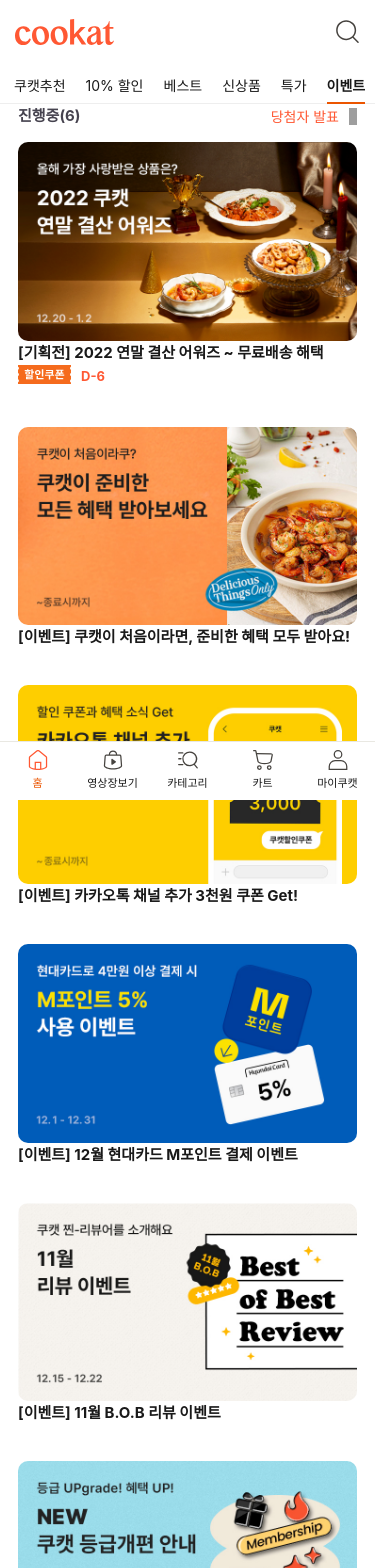
Repository: CooKat/Cookat
Page: event.html
These files come from the project's save history. The page is drawn as it stood at one moment and after the next save; the edit follows.
The browser window is 375 px wide. The pictures show the part of the page from y = 0 to 1568 px (the page is 2565 px tall before and 2949 px after).
Pictures or frames that could not be fetched are drawn as grey boxes. A picture or video elsewhere on the page could not be fetched, so the positions and the page height are approximate. Some web fonts or font styles are not loaded; a fallback is used.

Above is the page before, as saved 2022-12-29 17:23:27.
Not found: css/responsive.css
Not found: js/ex1.js

### event.html
<!DOCTYPE html>
<html lang="ko-KR">
  <head>
    <meta charset="UTF-8" />
    <meta http-equiv="X-UA-Compatible" content="IE=edge" />
    <meta name="viewport" content="width=device-width, initial-scale=1.0" />
    <link rel="shortcut icon" type="image/x-icon" href="./images/1.png" />
    <link
      rel="stylesheet"
      as="style"
      crossorigin
      href="https://cdn.jsdelivr.net/gh/orioncactus/pretendard@v1.3.6/dist/web/static/pretendard.css"
    />
    <link
      href="https://cdn.jsdelivr.net/npm/remixicon@2.5.0/fonts/remixicon.css"
      rel="stylesheet"
    />
    <link
      rel="stylesheet"
      href="https://cdn.jsdelivr.net/npm/swiper/swiper-bundle.min.css"
    />
    <link rel="stylesheet" href="./css/main.css" />
    <link rel="stylesheet" href="./css/event.css" />
    <title>쿠캣</title>
  </head>
  <body>
    <div class="container">
      <!-- 상단 메뉴바 -->
      <header class="header">
        <a href="/" class="logo"
          ><img src="./images/logo-main.svg" alt="쿠캣마켓"
        /></a>
        <div class="menu swiper">
          <ul class="swiper-wrapper" role="menubar" aria-hidden="false">
            <li role="none" class="swiper-slide">
              <a role="menuitem" href="/">쿠캣추천</a>
            </li>
            <li class="swiper-slide" role="none">
              <a role="menuitem" href="/">10% 할인</a>
            </li>
            <li class="swiper-slide" role="none">
              <a role="menuitem" href="./best.html">베스트</a>
            </li>
            <li class="swiper-slide" role="none">
              <a role="menuitem" href="/">신상품</a>
            </li>
            <li class="swiper-slide" role="none">
              <a role="menuitem" href="./specialPrice.html">특가</a>
            </li>
            <li class="swiper-slide active" role="none">
              <a role="menuitem" href="/">이벤트</a>
            </li>
          </ul>
        </div>
        <button type="button" class="search">
          <img src="./images/ic-24-finder.svg" alt="검색 아이콘" />
        </button>
      </header>

      <main class="main">
        <section class="event">
          <!-- 진행중(6) 당첨자 발표 -->
          <div class="event-ing">
            <h2 class="event-ing-title">진행중(6)</h2>
            <a href="/"><p>당첨자 발표</p></a>
          </div>

          <!-- 행사 아이템들 -->
          <div class="item-list">
            <a href="/event.html">
              <div class="item-list-item">
                <img src="./images/event1.jpg" />
                <h2 class="item-list-title title-first">
                  [기획전] 2022 연말 결산 어워즈 ~ 무료배송 해택
                </h2>
                <div class="coupon-day">
                  <i class="icon-coupon"></i>
                  <span class="coupon-date">D-6</span>
                </div>
              </div>
            </a>
          </div>

          <div class="item-list">
            <a href="/event.html">
              <div class="item-list-item">
                <img src="./images/event2.jpg" />
                <h2 class="item-list-title">
                  [이벤트] 쿠캣이 처음이라면, 준비한 혜택 모두 받아요!
                </h2>
              </div>
            </a>
          </div>

          <div class="item-list">
            <a href="/event.html">
              <div class="item-list-item">
                <img src="./images/event3.jpg" />
                <h2 class="item-list-title">
                  [이벤트] 카카오톡 채널 추가 3천원 쿠폰 Get!
                </h2>
              </div>
            </a>
          </div>

          <div class="item-list">
            <a href="/event.html">
              <div class="item-list-item">
                <img src="./images/event4.jpg" />
                <h2 class="item-list-title">
                  [이벤트] 12월 현대카드 M포인트 결제 이벤트
                </h2>
              </div>
            </a>
          </div>

          <div class="item-list">
            <a href="/event.html">
              <div class="item-list-item">
                <img src="./images/event5.jpg" />
                <h2 class="item-list-title">[이벤트] 11월 B.O.B 리뷰 이벤트</h2>
              </div>
            </a>
          </div>

          <div class="item-list">
            <a href="/event.html">
              <div class="item-list-item">
                <img src="./images/event6.jpg" />
                <h2 class="item-list-title">
                  [공지사항] NEW 쿠캣 등급 개편 안내
                </h2>
              </div>
            </a>
          </div>
        </section>
      </main>

      <!-- footer -->
      <footer class="footer">
        <div class="center-info-container">
          <h2 class="center-info">쿠캣 고객센터</h2>
          <span class="time-info"
            >평일 <time>10:00</time> ~ <time>18:00</time> (점심시간
            <time>13:00</time> ~ <time>14:00</time>)</span
          >

          <a href="tel:1668-3525" class="center-contact"> 고객센터</a>
        </div>
        <div class="business-info-container">
          <div class="business-info-title-container">
            <h2 class="business-info">(주) 쿠캣 사업자 정보</h2>
            <button class="business-info-toggle-btn">
              <img
                alt="addit-toggle-img"
                src="	https://crcf.cookatmarket.com/assets/mobile/img/using_guide/ic-16-close-bold.svg"
              />
            </button>
          </div>

          <ul class="business-info-list">
            <li class="business-info-item">
              <label for="representative">대표자</label
              ><span id="representative">이문주</span>
            </li>
            <li class="business-info-item">
              <label for="address">주소</label>
              <address id="address">
                서울특별시 강남구 영동대로112길 36, 3층, 지하 1층 (삼성동,
                오티씨타워)
              </address>
            </li>
            <li class="business-info-item">
              <label
                for="
              business-number"
                >사업자등록번호</label
              ><span id=" business-number">
                110-86-12995
                <a class="business-info-check" href="/"
                  >사업자정보 확인</a
                ></span
              >
            </li>
            <li class="business-info-item">
              <label for="mail-order-number">통신판매업 신고번호</label
              ><span
                id="
              mail-order-number"
                >2018-서울강남-01681</span
              >
            </li>
            <li class="business-info-item">
              <div class="center-info-flexcontent-container">
                <label
                  for="
              service-center"
                  >고객센터</label
                >
                <div class="center-info-content-container">
                  <a
                    id="service-center"
                    href="tel:1668-3525
              "
                    >1668-3525
                  </a>
                  <span id="service-center"
                    >평일 <time>10:00</time> ~ <time>18:00</time> (점심시간
                    <time>13:00</time> ~ <time>14:00</time>) 주말
                    <time>10:00</time> ~ <time>13:00</time></span
                  >
                </div>
              </div>
            </li>
            <li class="business-info-item">
              <label for="marketing-email">마케팅 제휴문의</label
              ><span id="marketing-email">marketing@cookat.co</span>
            </li>
            <li class="business-info-item">
              <label
                for="
              goods-email"
                >상품 제휴문의</label
              ><span id=" goods-email">
                <span>product@cookat.co<br /></span
              ></span>
            </li>
            <li class="business-info-item">
              <label for="person-in-charge">개인정보보호 책임자</label
              ><span id="person-in-charge"> 주지석 (jiseok.joo@cookat.co)</span>
            </li>
          </ul>

          <small class="copyright">
            Copyright © 쿠캣. All rights reserved.</small
          >
          <ul class="more-details-list">
            <li><a class="more-details" href="/">이용약관</a></li>
            <li>
              <a class="more-details" id="qkdcla" href="/">개인정보 처리방침</a>
            </li>
            <li><a class="more-details" href="/">공지사항</a></li>
          </ul>
        </div>

        <div class="additional-container">
          <a href="/">로그인</a>
          <a id="app-down" href="/"> APP다운</a>
        </div>
      </footer>

      <!-- 하단바 -->
      <nav class="fix-footer-menu">
        <ul>
          <li class="my-home on"><a href="/">홈</a></li>
          <li class="my-video"><a href="/">영상장보기</a></li>
          <li class="my-menu"><a href="/">카테고리</a></li>
          <li class="my-cart"><a href="/">카트</a></li>
          <li class="my-cookat"><a href="/">마이쿠캣</a></li>
        </ul>
      </nav>
    </div>

    <!-- Swiper JS -->
    <script src="https://cdn.jsdelivr.net/npm/swiper/swiper-bundle.min.js"></script>
    <!-- Initialize Swiper -->
    <script src="./js/ex1.js"></script>
    <script>
      var menu = new Swiper('.menu.swiper', {
        slidesPerView: 'auto',
        freeMode: true,
      });
    </script>
  </body>
</html>

### css/event.css
main {
  padding: 0 18px;
}

.event-ing {
  display: flex;
  flex-flow: row nowrap;
  justify-content: space-between;
  align-items: center;
  margin-top: var(--spacing-xxl);
  margin-bottom: var(--spacing-md);
}

.event-ing-title {
  font-size: var(--text-xl);
  line-height: var(--text-xxl);
  color: var(--color-black);
  font-weight: 700;
}

.event-ing p {
  color: #ff5833;
  font-size: var(--text-sm);
}
.event-ing p::after {
  content: '';
  color: #ff5833;
  margin-left: var(--spacing-xxs);
  padding-left: var(--spacing-md);
  background: url('https://crcf.cookatmarket.com/assets/mobile/img/using_guide/ic-16-next-orange-fit.svg')
    no-repeat 6px;
}

.item-list {
}

.item-list-item {
}

.item-list-item img {
  border-radius: 10px;
}

.item-list-title {
  font-size: var(--text-lg);
  line-height: var(--text-xxl);
  font-weight: 700;
  margin-bottom: var(--spacing-xxxl);
}

.title-first {
  margin-bottom: 0;
}

.item-list-title h2:first-child {
  margin-bottom: 0;
}

.coupon-day {
  margin-top: var(--spacing-xxs);
  display: flex;
  flex-flow: row nowrap;
  margin-bottom: var(--spacing-xxxl);
}

.icon-coupon {
  width: 53px;
  height: 19px;
  background: url(../images/ic-event-sale-coupon-orange.svg) no-repeat center;
  display: inline-block;
  text-align: center;
}

.coupon-date {
  color: #ff5833;
  line-height: var(--text-xl);
  font-size: var(--text-xs);
  align-items: center;
  font-weight: 700;
  padding-left: var(--spacing-sm);
}

@media (max-width: 500px) {
  .event-ing-title {
    font-size: 4vw;
    line-height: 3vh;
  }

  .item-list-title {
    font-size: 4vw;
    line-height: 2vh;
  }
}

### css/theme.css
:root {
  /* 수식 단축키 art+shift+M */
  --color-white: #ffffff;
  --color-blank: #f9f9f9;
  --color-cement: #9d9995;
  --color-placeholder: #bbb8b5;
  --color-deep-orange: #eb5500;
  --color-border: #e9e8e2;
  --color-success: #579bdb;
  --color-black: #46434f;
  --color-gray: #9d999d;
  --color-greyish-brown: #5b5752;

  --spacing-sxxs: 0.125rem; /* 2px */
  --spacing-xxs: 0.25rem; /* 4px */
  --spacing-xs: 0.5rem; /* 8px */
  --spacing-sm: 0.625rem; /* 10px */
  --spacing-xm: 0.75rem; /* 12px */
  --spacing-md: 0.875rem; /* 14px */
  --spacing-m: 0.937rem; /* 15px */
  --spacing-base: 1rem; /* 16px */
  --spacing-lg: 1.125rem; /* 18px */
  --spacing-l: 1.25rem; /* 20px */
  --spacing-xl: 1.5rem; /* 24px */
  --spacing-xxl: 2rem; /* 32px */
  --spacing-xxxl: 2.5rem; /* 40px */

  --spacing-6: 3.75rem; /* 60px */

  --text-sxxs: 0.6875rem; /* 11px */
  --text-xxs: 0.75rem; /* 12px */
  --text-xs: 0.8125rem; /* 13px */
  --text-sm: 0.875rem; /* 14px */
  --text-md: 0.9375rem; /* 15px */
  --text-base: 1rem; /* 16px */
  --text-lg: 1.125rem; /* 18px */
  --text-xl: 1.375rem; /* 22px */
  --text-xxl: 1.625rem; /* 26px */

  --swiper-navigation-size: 1.125rem; /* 18px */

  --max-width: 31.25rem; /* 500px */
}

Loaded but not shown: css/normalize.css (library); css/reset.css (common file); css/main.css (973 lines, source omitted)

After the next save:
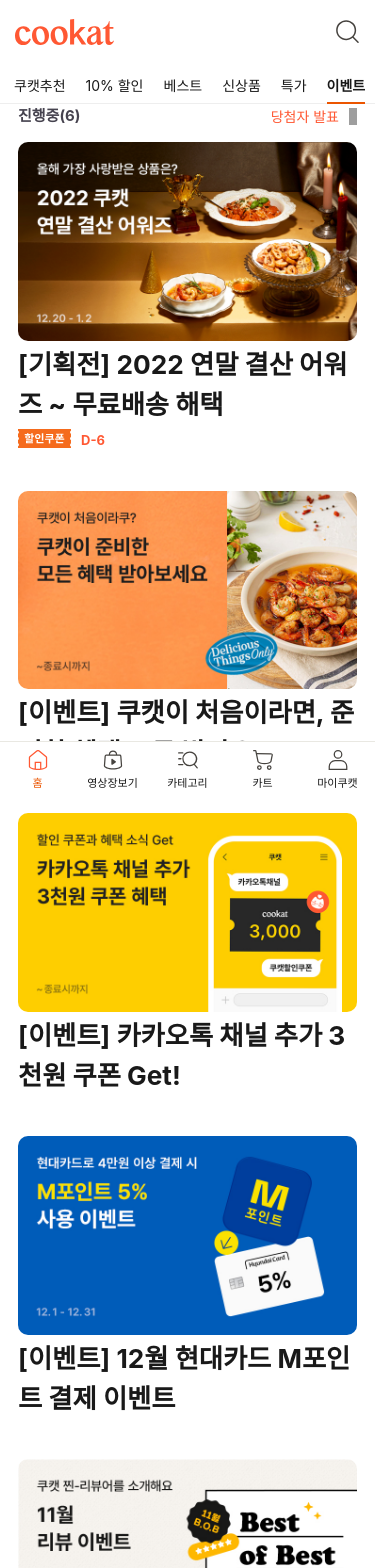
Saved 7 s later.
--- a/css/event.css
+++ b/css/event.css
@@ -87,7 +87,7 @@
   }
 
   .item-list-title {
-    font-size: 4vw;
-    line-height: 2vh;
+    font-size: 7vw;
+    line-height: 5vh;
   }
 }
